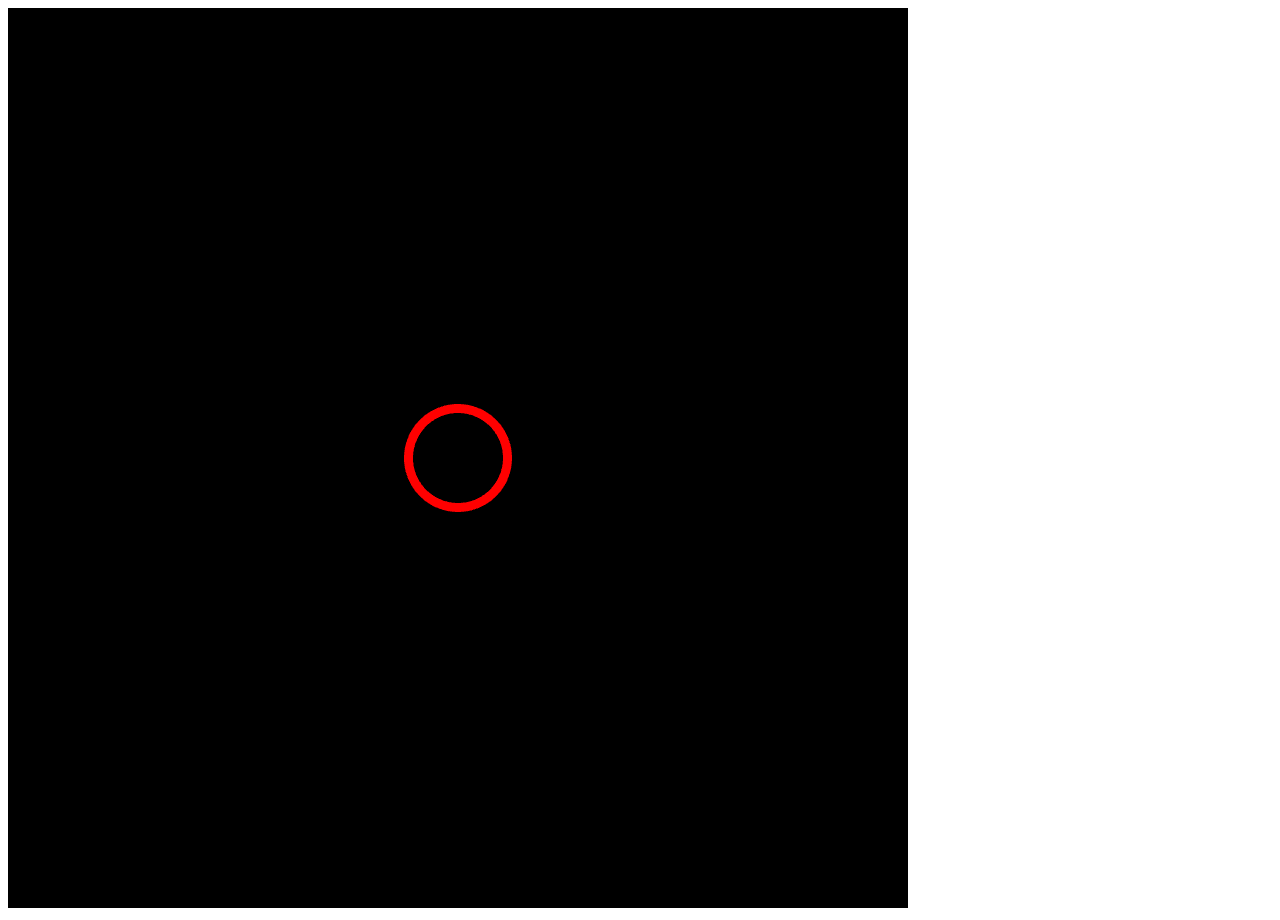
Repository: ChristeZeng/ComputerGraphics
Page: Lab2/Test.html
An editor plug-in stored every save of this project. The page is shown before and after the next save, followed by the edit.
The browser window is 1280 px wide. The pictures show the whole page.

Above is the page before, as saved 2021-10-03 16:20:43.

### Lab2/Test.html
<!DOCTYPE html>
<html>
<head>
  <title>Test</title>
</head>
<body onload="main()">
  <canvas id="gl-canvas" width="900" height="900"></canvas>
  <script src="Test.js"></script>
</body>
</html>

### Lab2/Test.js
function main()
{
    //获取canvas元素
    var canvas = document.getElementById('gl-canvas');
    //获取webgl上下文
    var gl = canvas.getContext("webgl");
    if(!gl)
    {
        alert("WebGL is not supported");
        return;
    }

    const vsSource = `
        attribute vec4 position;
        void main()
        {
            gl_Position = position;
        }
    `;

    const fsSource = `
        void main()
        {
            gl_FragColor = vec4(1.0, 0.0, 0.0, 1.0);
        }
    `;

    //初始化着色器
    const shaderProgram = initShaderProgram(gl, vsSource, fsSource);

    var position = gl.getAttribLocation(shaderProgram, 'position');
    //设置顶点缓冲区
    const buffers = initBuffers(gl);
    //绘制图像
    drawBasic(gl, buffers, position, shaderProgram);

}


//初始化着色器
function initShaderProgram(gl, vsSource, fsSource)
{

    const vertexShader = loadShader(gl, gl.VERTEX_SHADER, vsSource);
    const fragmentShader = loadShader(gl, gl.FRAGMENT_SHADER, fsSource);

    //创建着色器程序
    const shaderProgram = gl.createProgram();
    gl.attachShader(shaderProgram, vertexShader);
    gl.attachShader(shaderProgram, fragmentShader);
    gl.linkProgram(shaderProgram);

    if(!gl.getProgramParameter(shaderProgram, gl.LINK_STATUS))
    {
        alert("Error");
        return null;
    }

    return shaderProgram;
}

function loadShader(gl, type, source)
{
    const shader = gl.createShader(type);

    gl.shaderSource(shader, source);
    gl.compileShader(shader);
    if(!gl.getShaderParameter(shader, gl.COMPILE_STATUS))
    {
        alert("Error: Compile");
        gl.deleteShader(shader);
        return null;
    }
    return shader;
}

function initBuffers(gl)
{
    var N = 100;
    var vertices = [];
    var r_inner = 0.1;
    var r_outter = 0.12;

    for (var i = 0; i <= N; i++)
    {
        var theta = i * 2 * Math.PI / N;
        var x_inner = r_inner * Math.sin(theta);
        var y_inner = r_inner * Math.cos(theta);
        var x_outter = r_outter * Math.sin(theta);
        var y_outter = r_outter * Math.cos(theta);
        vertices.push(x_inner, y_inner);
        vertices.push(x_outter, y_outter);
    }

    // for (var i = 0; i <= N; i++)
    // {
    //     var theta = i * 2 * Math.PI / N;
    //     var x_inner = 0.8 + r_inner * Math.sin(theta);
    //     var y_inner = r_inner * Math.cos(theta);
    //     var x_outter = 0.8 + r_outter * Math.sin(theta);
    //     var y_outter = r_outter * Math.cos(theta);
    //     vertices.push(x_inner, y_inner);
    //     vertices.push(x_outter, y_outter);
    // }

    //创建缓冲区对象
    const positionBuffer = gl.createBuffer();
    //将缓冲区对象绑定到目标
    gl.bindBuffer(gl.ARRAY_BUFFER, positionBuffer);
    // 向缓冲区对象写入数据
    gl.bufferData(gl.ARRAY_BUFFER, new Float32Array(vertices), gl.STATIC_DRAW);
    return {
            position: positionBuffer,
            vertex: vertices
        };
}

function drawBasic(gl, buffers, position, shaderProgram)
{
    //将背景重置为黑色
    gl.clearColor(0.0, 0.0, 0.0, 1.0);
    //清除canvas
    gl.clear(gl.COLOR_BUFFER_BIT);


    gl.bindBuffer(gl.ARRAY_BUFFER, buffers.position);
    gl.vertexAttribPointer(position, 2, gl.FLOAT, false, 0, 0);
    gl.enableVertexAttribArray(position);
    gl.useProgram(shaderProgram);

    //利用TRIANGLE_STRIP参数三角拟合
    gl.drawArrays(gl.TRIANGLE_STRIP, 0, buffers.vertex.length / 2);
}

After the next save:
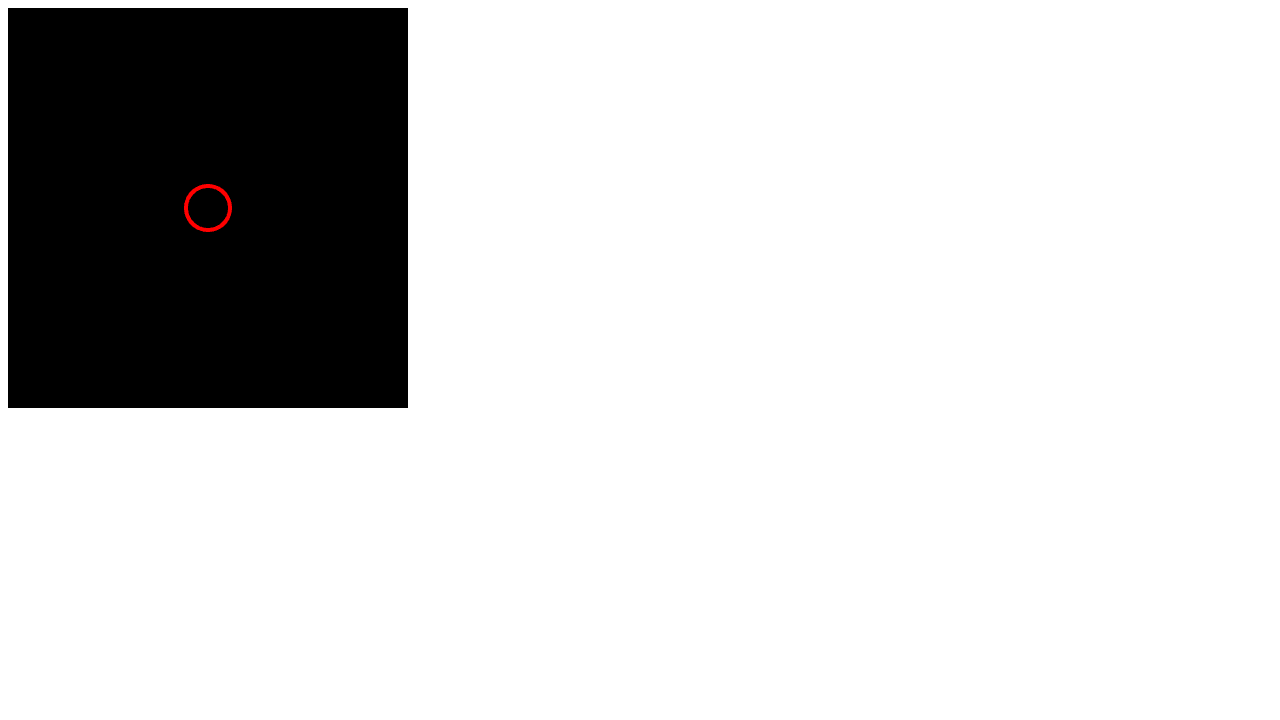
Saved 53 s later.
--- a/Lab2/Test.html
+++ b/Lab2/Test.html
@@ -4,7 +4,7 @@
   <title>Test</title>
 </head>
 <body onload="main()">
-  <canvas id="gl-canvas" width="900" height="900"></canvas>
+  <canvas id="gl-canvas" width="400" height="400"></canvas>
   <script src="Test.js"></script>
 </body>
 </html>
